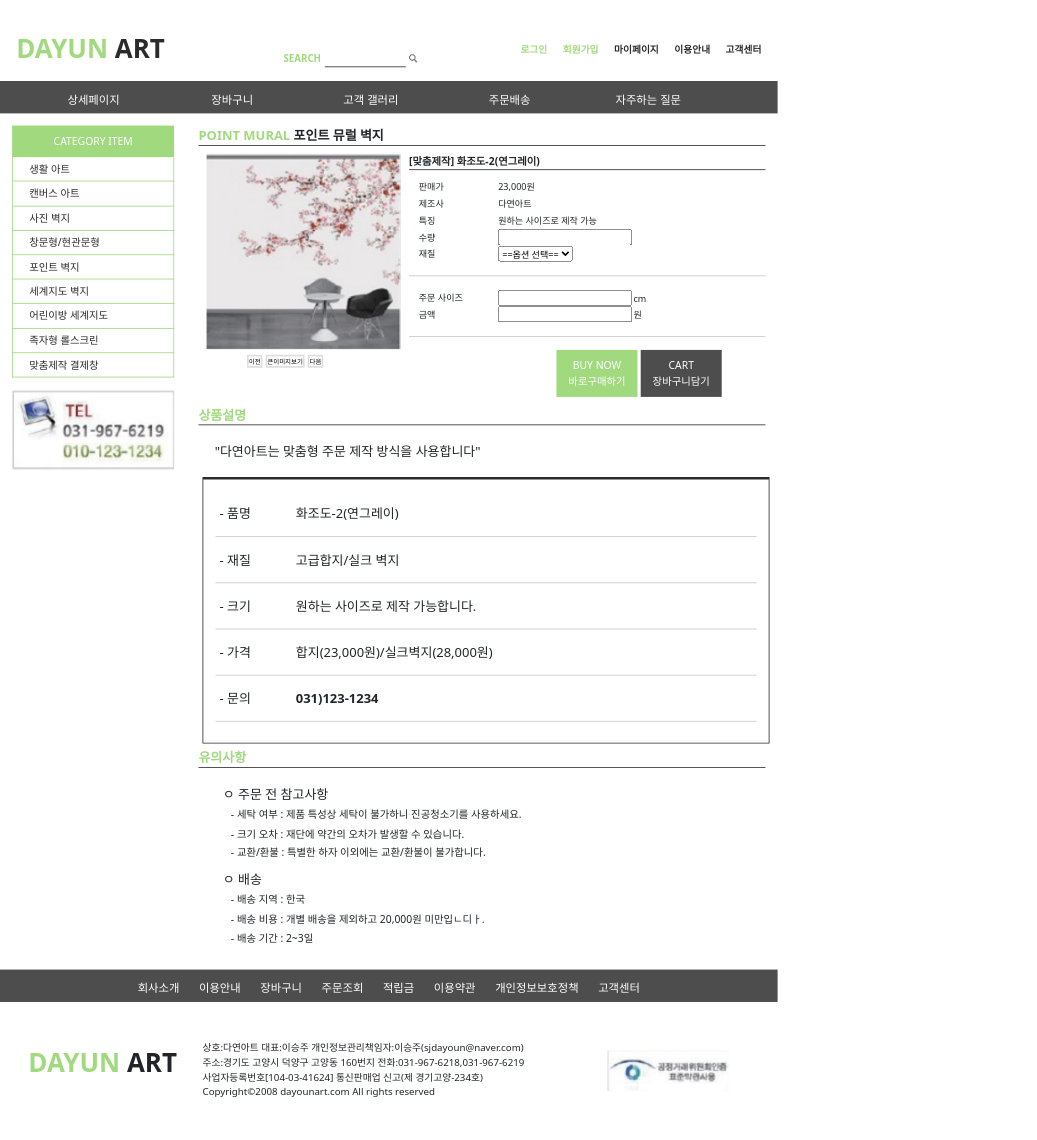
Repository: yeonddu/green_js
Page: pro01/public/bootstrap/product.html
An editor plug-in stored every save of this project. The page is shown before and after the next save, followed by the edit.
The browser window is 1280 px wide. The pictures show the whole page, at 81% of full size.

Above is the page before, as saved 2022-12-27 07:52:42.

### pro01/public/bootstrap/product.html
<!DOCTYPE html>
<html lang="ko">
<head>
<meta charset="utf-8">
<meta name="viewport" content="width=device-width, initial-scale=1">
<link rel="stylesheet" href="dayun.css">
<link rel="stylesheet" href="product.css">
<link href="https://cdn.jsdelivr.net/npm/bootstrap@5.2.3/dist/css/bootstrap.min.css" rel="stylesheet">

<title>Insert title here</title>

</head>
<body>
 <header>
	 <div id="top">
	 	 	<div class="logo"><a href="#"><span class="brand">DAYUN</span> ART</a></div>
			<div id="search">
				<div id="search-title">SEARCH</div>
				<input id="search-input" type="search">
				<a href="#"><img src="images/glass.png"></a>
			</div>
			<div id="top-menu">
				<ul>
					<li><a class="brand" href="#">로그인</a></li>
					<li><a class="brand" href="#">회원가입</a></li>
					<li><a href="#">마이페이지</a></li>
					<li><a href="#">이용안내</a></li>
					<li><a href="#">고객센터</a></li>
				</ul>
			</div>
		 </div>
	 <div id="main-menu">
	 	<ul>
	 		<li><a href="#">상세페이지</a></li>
	 		<li><a href="#">장바구니</a></li>
	 		<li><a href="#">고객 갤러리</a></li>
	 		<li><a href="#">주문배송</a></li>
	 		<li><a href="#">자주하는 질문</a></li>
	 	</ul>
	 </div>
</header>
<section>
	<div id="cont-left">
		<div id="cate">
			<div id="cate-title">CATEGORY ITEM</div>
			<ul>
			<li><a href="#">생활 아트</a></li>
			<li><a href="#">캔버스 아트</a></li>
			<li><a href="#">사진 벽지</a></li>
			<li><a href="#">창문형/현관문형</a></li>
			<li><a href="#">포인트 벽지</a></li>
			<li><a href="#">세계지도 벽지</a></li>
			<li><a href="#">어린이방 세계지도</a></li>
			<li><a href="#">족자형 롤스크린</a></li>
			<li><a href="#">맞춤제작 결제창</a></li>
			</ul>
		</div>

		<div id="tel">
			<img src="images/tel.png" alt="tel">
		</div>
	</div>
	<div id="cont-right">
		<div id="product">
			<div id="box1" >
				<div class="product-title"><span class="brand">POINT MURAL</span> 포인트 뮤럴 벽지</div>
				<div id="box1-left">
					<img src="images/product.png">
					<div id="img-btn">
						<button>이전</button>
						<button>큰이미지보기</button>
						<button>다음</button>
					</div>
				</div>
				<div id="box1-right">
					<div  class="product-title">[맞춤제작] 화조도-2(연그레이)</div>
					<table>
						<tr>
							<td>판매가</td>
							<td>23,000원</td>
						</tr>
						<tr>
							<td>제조사</td>
							<td>다연아트</td>
						</tr>
						<tr>
							<td>특징</td>
							<td>원하는 사이즈로 제작 가능</td>
						</tr>
						<tr>
							<td>수량</td>
							<td><input type="text"></td>
						</tr>
						<tr>
							<td>재질</td>
							<td><select>
								<option selected>==옵션 선택==</option>
								<option>옵션 1</option>
								<option>옵션 2</option>
								<option>옵션 3</option>
							</select></td>
						</tr>
					</table>
					<hr>
					<table>
						<tr>
							<td>주문 사이즈</td>
							<td><input type="text">cm</td>
						</tr>
						<tr>
							<td>금액</td>
							<td><input type="text">원</td>
						</tr>
					</table>
					<hr>
					<div id="box1-btn1"><a href="#">BUY NOW<br>바로구매하기</a></div>
					<div id="box1-btn2"><a href="#">CART<br>장바구니담기</a></div>

				</div>
			</div>
			<div id="box2" >
				<div class="product-title"><span class="brand">상품설명</span></div>
				<div>
					<div id="box2-title">"다연아트는 맞춤형 주문 제작 방식을 사용합니다"</div>
					<div id="box2-content">
						<p>- 품명</p>
						<p>화조도-2(연그레이)</p>
						<hr>
						<p>- 재질</p>
						<p>고급합지/실크 벽지</p>
						<hr>
						<p>- 크기</p>
						<p>원하는 사이즈로 제작 가능합니다.</p>
						<hr>
						<p>- 가격</p>
						<p>합지(23,000원)/실크벽지(28,000원)</p>
						<hr>
						<p>- 문의</p>
						<p><b>031)123-1234</b></p>
						<hr>
					</div>
<!-- 					<table>
						<tr>
							<td></td>
						</tr>
						<tr>
							<td>- 품명</td>
							<td>화조도-2(연그레이)</td>
						</tr>
						<tr>
							<td>- 재질</td>
							<td>고급합지/실크 벽지</td>
						</tr>
						<tr>
							<td>- 크기</td>
							<td>원하는 사이즈로 제작 가능합니다.</td>
						</tr>
						<tr>
							<td>- 가격</td>
							<td>합지(23,000원)/실크벽지(28,000원)</td>
						</tr>
						<tr>
							<td>- 문의</td>
							<td><b>031)123-1234</b></td>
						</tr>
						<tr>
							<td></td>
						</tr>
					</table>
 -->				</div>
			</div>
			<div id="box3" >
				<div class="product-title"><span class="brand">유의사항</span></div>
				<div id="box3-content">
					<div>ㅇ 주문 전 참고사항</div>
						<p>- 세탁 여부 : 제품 특성상 세탁이 불가하니 진공청소기를 사용하세요.</p>
						<p>- 크기 오차 : 재단에 약간의 오차가 발생할 수 있습니다.</p>
						<p>- 교환/환불 : 특별한 하자 이외에는 교환/환불이 불가합니다.</p>
					<div>ㅇ 배송</div>
						<p>- 배송 지역 : 한국</p>
						<p>- 배송 비용 : 개별 배송을 제외하고 20,000원 미만입ㄴ디ㅏ.</p>
						<p>- 배송 기간 : 2~3일</p>
				</div>
			</div>
		</div>
	</div>
		<div id="bottom-menu">
	 	<ul>
	 		<li><a href="#">회사소개</a></li>
	 		<li><a href="#">이용안내</a></li>
	 		<li><a href="#">장바구니</a></li>
	 		<li><a href="#">주문조회</a></li>
	 		<li><a href="#">적립금</a></li>
	 		<li><a href="#">이용약관</a></li>
	 		<li><a href="#">개인정보보호정책</a></li>
	 		<li><a href="#">고객센터</a></li>
	 	</ul>
	 </div>
</section>
<footer>
	<div class="logo"><span class="brand">DAYUN</span> ART</div>
	<div id="item2">상호:다연아트 대표:이승주 개인정보관리책임자:이승주(sjdayoun@naver.com)<br>
		주소:경기도 고양시 덕양구 고양동 160번지 전화:031-967-6218,031-967-6219<br>
		사업자등록번호[104-03-41624] 통신판매업 신고(제 경기고양-234호)<br>
		Copyright©2008 dayounart.com All rights reserved
	</div>
	<img src="images/certi.png" alt="공정거래위원회인증표준약관사용">
</footer>
</body>
</html>

### pro01/public/bootstrap/dayun.css
@charset "EUC-KR";

* {
	margin:0;
	padding:0;
}

body {
	background:#F0F0F0;
	width:960px;
}
.brand {
	color:#A0D97E;
}

header a {
	text-decoration:none;
	color:#2B2B2B;
}
header #top {
	height:100px;
	position:relative;
}
header .logo {
	font-size:2em;
	position:relative;
	top:35px;
	left:20px;
	font-weight:bold;
}

header #search {
	position:relative;
	top:10px;
	left:350px;
	display:block;
	float:left;
	color:#A0D97E;
}

header #search-title {
	display:inline-block;
	font-size:12px;
	font-weight:bold;
}

header #search-input {
	border:none;
	border-bottom:1px solid #2B2B2B;
	background:none;
	width:100px;
}

header #top-menu {
	position:relative;
	float:right;
	margin: 0 10px;
}
header #top-menu ul li{
	display:inline-block;
	font-size:12px;
	margin-right:5px;
	padding:5px;
	font-weight:bold;
}

header #main-menu {
	height:40px;
	background:#4D4D4D;
	justify-content:center;
}

header #main-menu ul li {
	list-style:none;
	display:inline-block;
	width:18%;
	padding:10px;
	text-align:center;

}
header #main-menu a {
	color:white;
	font-size:14px;
}

section #bottom-menu {
	position:relative;
	clear:both;
	height:40px;
	background:#4D4D4D;

}

#bottom-menu ul {
	padding:10px;
	text-align:center;
}

section #bottom-menu ul li {
	display:inline-block;
	list-style:none;

}
section #bottom-menu a {
	color:white;
	text-decoration:none;
	font-size:14px;
	padding:10px;
}

footer .logo {
	font-size:2em;
	position:relative;
	top:50px;
	left:35px;
	font-weight:bold;
}

footer #item2 {
	position:relative;
	top:0px;
	left:250px;
	font-size:12px;
}

footer img {
	position:relative;
	left:750px;
	top:-60px;
	width:150px;
}

### pro01/public/bootstrap/product.css
@charset "EUC-KR";

section #cont-left {
	float:left;
	margin:10px;
	padding:5px;
}

section #cate #cate-title {
	background:#A0D97E;
	color:white;
	width:200px;
	margin:0;
	padding:10px 5px;
}

section #cate-title {
	text-align:center;
	font-size:0.8em;
}

section #cate ul {
	padding:0;
}
section #cate li {
	border :1px solid #A0D97E;
	border-top:none;
	list-style:none;
	width:200px;
	padding:5px 5px 5px 20px;
	font-size:0.8em;
}

section #cate a {
	text-decoration:none;
	color:#2B2B2B;
}

section #tel img {
	width:200px;
}
section #cont-right {
	float:left;
	margin:10px;
	padding:5px;
}

section #product {
	width:700px;

}
section .product-title {
	font-weight:bold;
	border-bottom: 1px solid #2B2B2B;
}

#box1-left {
	float:left;
	margin:10px;
}

#box1-left img {
	width:240px;
}
#box1-left #img-btn {
	position:relative;
	left:50px;
}

#box1-left button {
	background:white;
	border:2px solid #ddd;
	font-size:0.5em;
}

#box1-right {
	float:left;
	margin:10px 0;
	width:440px;
}

#box1-right .product-title {
	font-size:0.8em;
}
#box1-right table {
	margin:10px;
	font-size:0.7em;
}

#box1-right table td:first-child {
	width:100px;
	padding:2px;
}

#box1-right table input {
	height:20px;
	margin-right:2px;
}

#box1 #box1-btn1, #box1-btn2 {
	width:100px;
	padding:10px;
	margin:0 2px;
	float:left;
	font-size:0.8em;
	position:relative;
	left:180px;
	text-align:center;

}
#box1 #box1-btn1 a , #box1-btn2 a {
	color:white;
	text-decoration:none;
}
#box1 #box1-btn1 {
	background:#A0D97E;
}
#box1 #box1-btn2 {
	background:#A0D97E;
	background:#4D4D4D;
}

#box2 {
	clear:both;
}

#box2 #box2-title {
	margin:20px;
}

#box2 #box2-content {
	border:1px solid #2B2B2B;
	border-top:3px solid #2B2B2B;
	margin:5px;
	width:700px;
	padding:30px 15px 10px 15px;

}

#box2 #box2-content p {
	display:inline-block;
	margin:5px;
	line-height:0.5;
}
#box2 #box2-content p:nth-child(3n+1) {
	width:80px;
}


/* #box2 table {
	border:1px solid #2B2B2B;
	border-top:2px solid #2B2B2B;
	margin:5px;
	width:700px;
}

#box2 table td:first-child {
	width:100px;
	padding:10px;
	font-weight:bold;
}
 */
#box3 #box3-content {
	margin:20px;

}

#box3 #box3-content div {
	margin:10px;
}

#box3 #box3-content p {
	text-indent:20px;
	line-height:0.6;
	font-size:0.8em;
}

section #bottom-menu {
	position:relative;
	clear:both;
	height:40px;
	background:#4D4D4D;

}

After the next save:
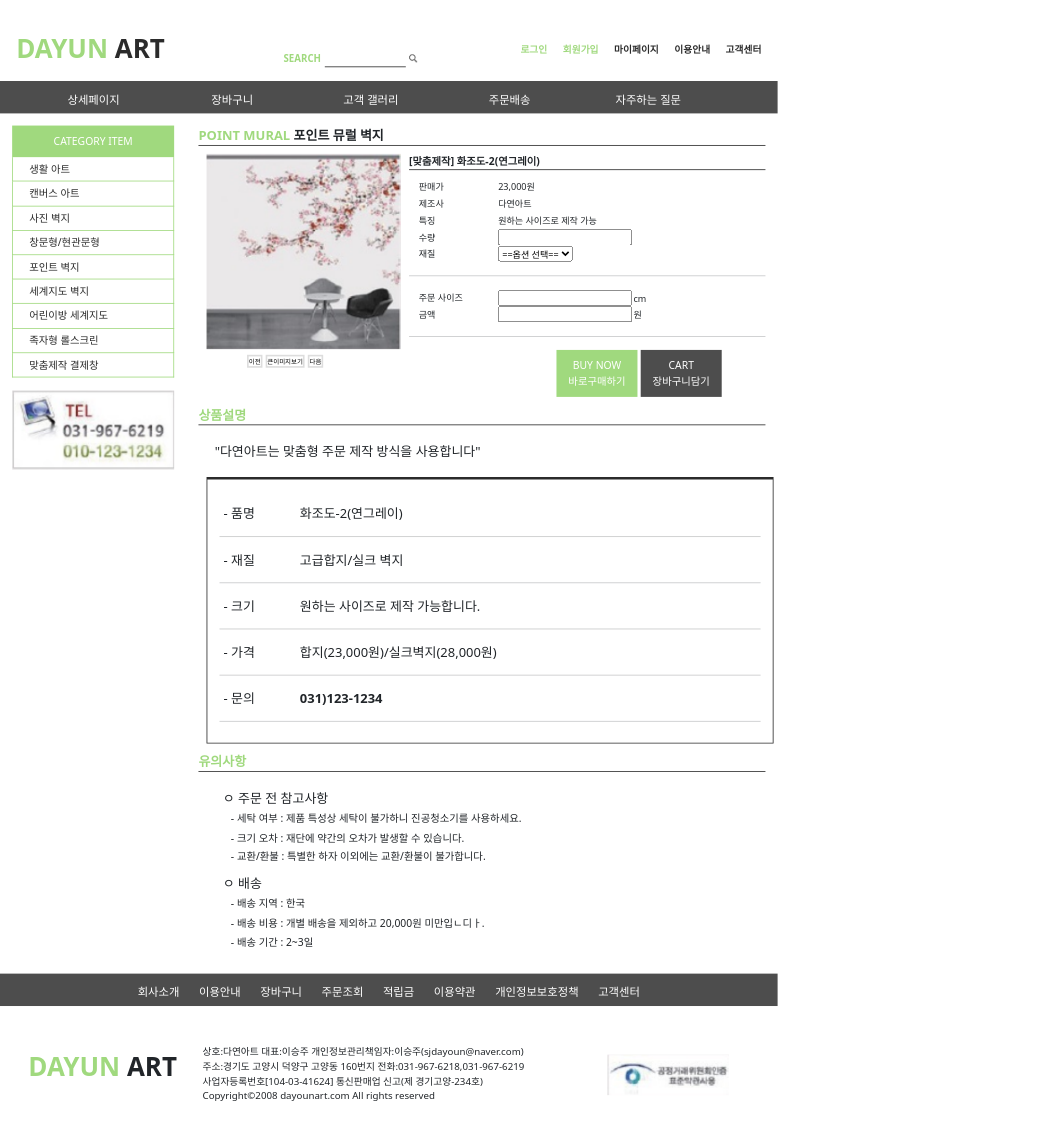
Saved 13 s later.
--- a/pro01/public/bootstrap/product.css
+++ b/pro01/public/bootstrap/product.css
@@ -131,7 +131,7 @@ section .product-title {
 #box2 #box2-content {
 	border:1px solid #2B2B2B;
 	border-top:3px solid #2B2B2B;
-	margin:5px;
+	margin:10px;
 	width:700px;
 	padding:30px 15px 10px 15px;
 
